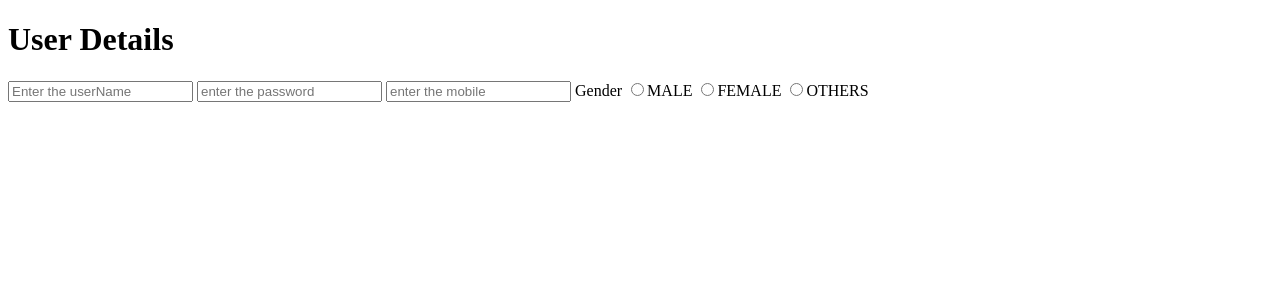
Repository: Nitin-Kalshetty/Training_Java
Page: http://localhost/usertaglibrary/register.jsp
An editor plug-in stored every save of this project. The page is shown before and after the next save, followed by the edit.
The browser window is 1280 px wide. The pictures show the whole page.
The page is served by Tomcat 9.

Above is the page before, as saved 2023-05-28 07:49:48.

After the next save:
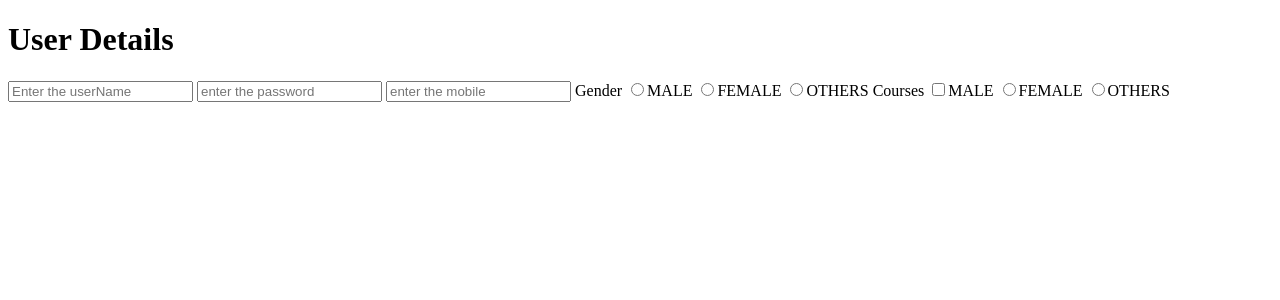
Saved 2 h 1 min later.
--- a/usertaglibrary/src/main/webapp/register.jsp
+++ b/usertaglibrary/src/main/webapp/register.jsp
@@ -18,11 +18,11 @@
 <input type="radio" name="gender" value="male" />MALE
 <input type="radio" name="gender" value="female" />FEMALE
 <input type="radio" name="gender" value="others" />OTHERS
-<!-- <label for="courses" >Courses</label>
+ <label for="courses" >Courses</label>
 <input type="checkbox" name="gender" value="male" />MALE
 <input type="radio" name="gender" value="female" />FEMALE
 <input type="radio" name="gender" value="others" />OTHERS
--->
+
 
 
 
